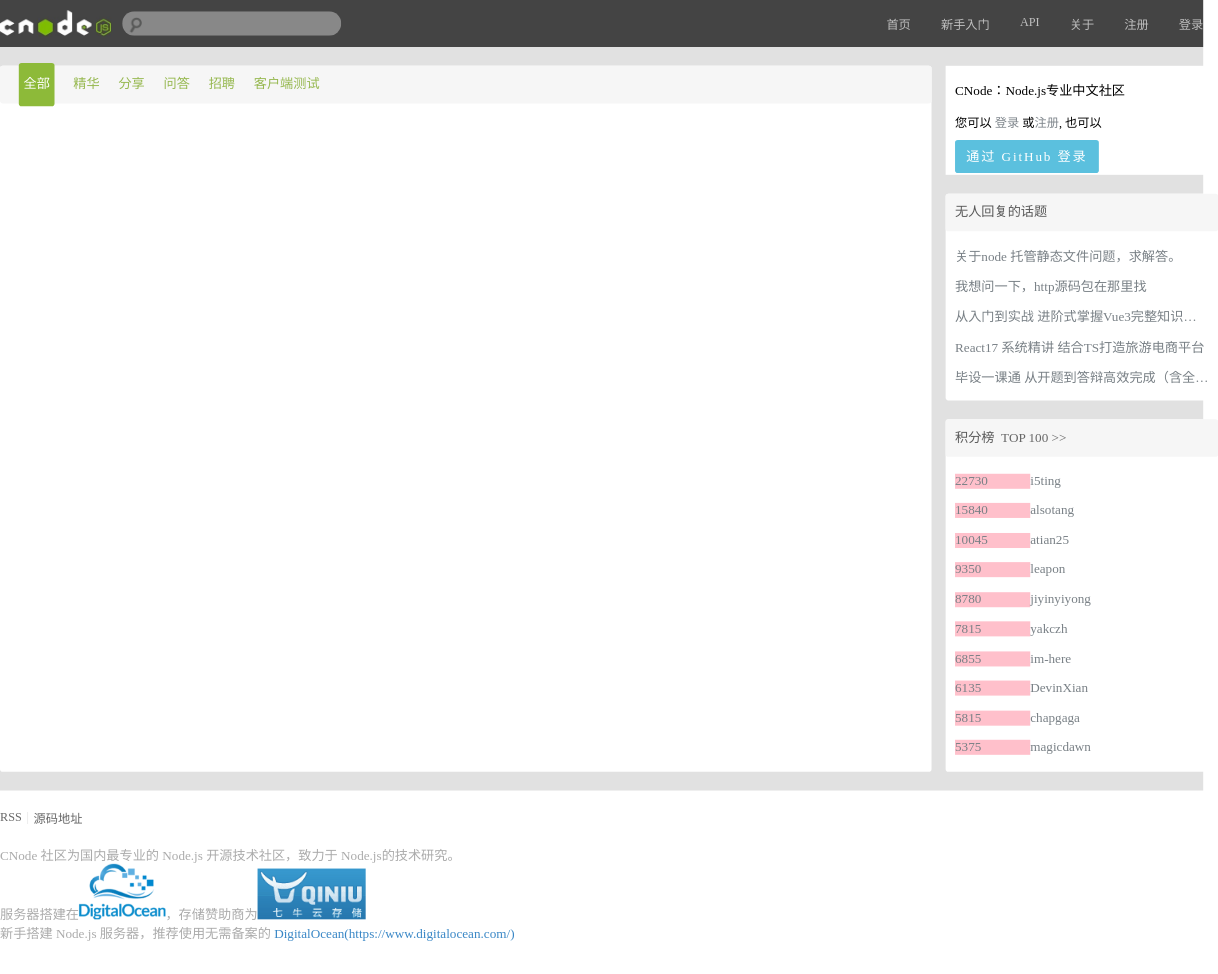
Repository: he-mengyao/pc-cnode-js
Page: /
These files come from the project's save history. The page is drawn as it stood at one moment and after the next save; the edit follows.
The browser window is 1280 px wide. The page is 1296 px wide, so the pictures cover 1296 px, including what lies to the right of the window. The pictures show the whole page, at 94% of full size.
The page's requests for data from a server got no answer. The project was rebuilt for these pictures with package versions that can differ from the ones it lists, and the page was loaded fresh each time. No one was signed in, and anything a server would have sent is missing.

Above is the page before, as saved 2021-06-20 13:18:09.

### src/App.vue
<template>
  <div id="app">
    <router-view />
  </div>
</template>
<style lang="scss">
@import "./styles/base";

body {
  font-size: 13px;
}
</style>

### src/styles/base.scss
* {
    padding: 0;
    margin: 0;
    box-sizing: border-box;
}

.flex {
    display: flex;
}

.flex_b {
    justify-content: space-between;
}

.flex_a {
    justify-content: space-around;
}

.flex_c {
    justify-content: center;
}

.flex_r {
    justify-content: flex-end;
}

.flex_1 {
    flex: 1;
}

.col {
    flex-direction: column;
}

.ai_c {
    align-items: center;
}

.ai_e {
    align-items: flex-end;
}

.ac_c {
    align-content: center;
}

.ac_b {
    align-content: space-between;
}

.ac_a {
    align-content: space-around;
}

.wrap {
    flex-wrap: wrap;
}

.tac {
    text-align: center;
}

.fw {
    font-weight: 700;
}

.pr {
    position: relative;
}

.pa {
    position: absolute;
}

.pf {
    position: fixed;
}

.f12 {
    font-size: 12px;
}

.f14 {
    font-size: 14px;
}

.lh {
    line-height: 100%;
}

.f16 {
    font-size: 16px;
}

.f18 {
    font-size: 18px;
}

.f20 {
    font-size: 20px;
}

.b0 {
    border: 0;
}

input {
    outline: none;
}

img,
input {
    border: 0;
}

.text_overflow {
    overflow: hidden;
    text-overflow: ellipsis;
    white-space: nowrap;
}

.none {
    display: none;
}

.br {
    border-radius: 100%;
}

.cw {
    color: #fff;
}

.f30 {
    font-size: 30px;
}

.cb {
    color: #000000;
}

.cursor {
    cursor: pointer;
}

.w {
    width: 1296px;
    margin: auto;
}

.line-blue:hover {
    text-decoration: underline;
    color: #21557c;
}

.blue:hover {
    color: #405f86;
}

.pd-10 {
    padding: 0 10px;
}

.bgc-hover {
    background-color: #8dba39;
    color: #fff;
    border-radius: 3px;
    padding: 3px 5px;
}

.share {
    background-color: #e5e5e5;
    color: #999999;
    border-radius: 3px;
    padding: 3px 5px;
}

.bradius-3 {
    border-radius: 3px;
}

.active {
    color: #888888;
}

.line:hover {
    text-decoration: underline;
}

.mr-20 {
    margin-top: 20px;
}

.f13 {
    font-size: 13px;
}

.title {
    font-size: 14px;
    height: 40px;
    line-height: 40px;
    background-color: #f6f6f6;
    padding: 0 10px;
    color: #585858;
    border-radius: 3px;
}

.items {
    color: #798086;
    padding: 10px;
}

### src/views/Home.vue
<template>
  <div>
    <shorcut></shorcut>
    <div class="mian">
      <div class="w flex flex_b">
        <fl :arr="arr"></fl>
        <fr></fr>
      </div>
    </div>
    <footerc></footerc>
  </div>
</template>

<script>
import shorcut from "../components/shorcut/Shortcut";
import footerc from "../components/Footerc/footerc";
import fl from "../components/Fl/fl";
import fr from "../components/Fr/fr";
import axios from "../js/axios";
import time from "../js/time";
export default {
  name: "",
  props: {},
  data() {
    return {
      arr: [],
    };
  },
  components: {
    shorcut,
    footerc,
    fl,
    fr,
  },
  methods: {
    getData() {
      axios
        .get("https://cnodejs.org/api/v1/topics")
        .then((res) => {
          this.arr = res.data.data;
          console.log(res.data.data);
        })
        .catch((err) => {
          console.log("请求失败");
        });
    },
  },
  mounted() {
    this.getData();
  },
  computed: {},
  watch: {},
};
</script>

<style lang='scss' scoped>
.mian {
  background-color: #e1e1e1;
  .w {
    padding: 20px 0;
  }
}
</style>

### src/components/shorcut/Shortcut.vue
<template>
  <div>
    <div class="shorcut">
      <div class="w flex flex_b ai_c">
        <div class="fl flex">
          <div class="flex ai_c">
            <img src="../../assets/images/logo.jpg" alt="" class="cursor" />
            <input type="text" />
          </div>
          <div></div>
        </div>
        <div class="fr flex">
          <div class="cursor">首页</div>
          <div class="cursor">新手入门</div>
          <div class="cursor">API</div>
          <div class="cursor">关于</div>
          <div class="cursor">注册</div>
          <div class="cursor">登录</div>
        </div>
      </div>
    </div>
  </div>
</template>

<script>
export default {
  name: "",
  props: {},
  data() {
    return {};
  },
  components: {},
  methods: {},
  mounted() {},
  computed: {},
  watch: {},
};
</script>

<style lang='scss' scoped>
.shorcut {
  height: 50px;
  background-color: #444444;
  .w {
    width: 1296px;
    margin: 0 auto;
    height: 50px;
    .fl {
      img {
        width: 120px;
        height: 28px;
      }
      input {
        width: 233px;
        height: 26px;
        margin-left: 10px;
        padding-left: 25px;
        border-radius: 13px;
        background-color: #888888;
        background-image: url(../../assets/images/btn.png);
        background-position: 5px 5px;
        background-repeat: no-repeat;
        &:hover {
          background-color: #fff;
        }
      }
    }
    .fr {
      color: #bfbfbf;
      div {
        margin: 0 16px;
        &:hover {
          color: #fff;
        }
      }
    }
  }
}
</style>

### src/components/Footerc/footerc.vue
<template>
  <div>
    <div class="footer w">
      <div class="links cursor blue flex">
        <div>RSS</div>
        <span>|</span>
        <div>源码地址</div>
      </div>
      <div class="serve flex col flex_c">
        <div>
          CNode 社区为国内最专业的 Node.js 开源技术社区，致力于
          Node.js的技术研究。
        </div>
        <div>
          服务器搭建在<img
            src="../../assets/images/digitalocean.png"
            alt=""
            class="di cursor"
            title="digitalocean"
          />，存储赞助商为<img
            src="../../assets/images/qiniu.png"
            alt=""
            class="qiniu cursor"
            title="七牛云存储"
          />
        </div>
        <div>
          新手搭建 Node.js 服务器，推荐使用无需备案的
          <span class="cursor line-blue a"
            >DigitalOcean(https://www.digitalocean.com/)</span
          >
        </div>
      </div>
    </div>
  </div>
</template>

<script>
export default {
  name: "",
  props: {},
  data() {
    return {};
  },
  components: {},
  methods: {},
  mounted() {},
  computed: {},
  watch: {},
};
</script>

<style lang='scss' scoped>
.footer {
  height: 195px;
  padding: 20px 0;
  .links {
    color: #666666;
    div:hover {
      color: #405f86;
    }
    span {
      margin: 0 5px;
      color: #e2e2e2;
    }
  }
  .serve {
    height: 140px;
    font-size: 14px;
    color: #ababab;
    .di {
      width: 92px;
      height: 59px;
    }
    .qiniu {
      width: 115px;
      height: 54px;
    }
    span {
      color: #3987c6;
      &:hover {
        text-decoration: underline;
        color: #21557c;
      }
    }
  }
}
</style>

### src/components/Fl/fl.vue
<template>
  <div class="fl bradius-3">
    <div class="title flex pd-10 ai_c bradius-3">
      <div class="bgc-hover">全部</div>
      <div class="cursor blue">精华</div>
      <div class="cursor blue">分享</div>
      <div class="cursor blue">问答</div>
      <div class="cursor blue">招聘</div>
      <div class="cursor blue">客户端测试</div>
    </div>
    <div class="bd">
      <div
        v-for="(item, index) in arr"
        :key="index"
        class="flex flex_b bd-items ai_c pd-10"
      >
        <div class="flex ai_c">
          <div class="author cursor">
            <img
              :src="item.author.avatar_url"
              alt=""
              :title="item.author.loginname"
            />
          </div>
          <div class="count flex ai_c flex_c">
            <div class="reply-count" title="回复数">
              {{ item.reply_count }}
            </div>
            <span>/</span>
            <div class="visit-count" title="点击数">
              {{ item.visit_count }}
            </div>
          </div>
          <div>
            <div v-if="item.top === true" class="bgc-hover">置顶</div>
            <div v-else-if="item.tab === 'share'" class="share">分享</div>
            <div v-else class="share">问答</div>
          </div>
          <div
            class="bd-title f16 cursor line"
            @click="click(item, index)"
            :class="{ active: index === num }"
            :title="item.title"
          >
            {{ item.title }}
          </div>
        </div>
        <div class="flex timecount f12">{{ countTime(item.create_at) }}</div>
      </div>
    </div>
  </div>
</template>

<script>
export default {
  name: "",
  props: {
    arr: Array,
  },
  data() {
    return {
      num: -1,
    };
  },
  components: {},
  methods: {
    click(item, index) {
      this.num = index;
    },
    countTime(a) {
      let nowTime = new Date();
      let nowTimes = nowTime.getTime();
      let lastTimes = new Date(a).getTime();
      let time = nowTimes - lastTimes;
      let seconds = time / 1000;
      let minutes = time / 1000 / 60;
      let hours = time / 1000 / 60 / 60;
      let days = time / 1000 / 60 / 60 / 24;
      let months = time / 1000 / 60 / 60 / 24 / 30;
      let years = time / 1000 / 60 / 60 / 24 / 30 / 12;
      let result = "";
      if (years >= 1) {
        result = `${Math.floor(years)}年前`;
      } else if (months >= 1) {
        result = `${Math.floor(months)}月前`;
      } else if (days >= 1) {
        result = `${Math.floor(days)}天前`;
      } else if (hours >= 1) {
        result = `${Math.floor(hours)}小时前`;
      } else if (minutes >= 1) {
        result = `${Math.floor(minutes)}分钟前`;
      } else {
        result = `刚刚`;
      }
      return result;
    },
  },
  mounted() {},
  computed: {},
  watch: {},
};
</script>

<style lang='scss' scoped>
.fl {
  width: 991px;
  background-color: #fff;
  .title {
    height: 40px;
    background-color: #f6f6f6;
    color: #96b84f;
    div {
      margin: 0 10px;
    }
  }
  .bd {
    background-color: #fff;
    .bd-items {
      height: 50px;
      .author img {
        height: 30px;
        width: 30px;
      }
      .count {
        width: 70px;
        .reply-count {
          color: #9e78c0;
          font-size: 14px;
        }
        span {
          font-size: 12px;
        }
        .visit-count {
          font-size: 12px;
          color: #b4b4b4;
        }
      }
      .bd-title {
        color: #333;
        margin-left: 5px;
      }
    }
    .timecount {
      color: #778087;
    }
  }
}
</style>

### src/components/Fr/fr.vue
<template>
  <div class="fr">
    <div class="inner pd-10">
      <div class="f14 p1 flex ai_c">CNode：Node.js专业中文社区</div>
      <div class="f13 p2">
        您可以
        <span class="line">登录</span>
        或<span class="line">注册</span>, 也可以
      </div>
      <div class="f14 login bradius-3">通过 GitHub 登录</div>
    </div>
    <div class="panel mr-20 bradius-3">
      <div class="title">无人回复的话题</div>
      <div class="flex item col flex_a pd-10 f14 items">
        <div class="text_overflow">关于node 托管静态文件问题，求解答。</div>
        <div class="text_overflow">我想问一下，http源码包在那里找</div>
        <div class="text_overflow">从入门到实战 进阶式掌握Vue3完整知识体系</div>
        <div class="text_overflow">React17 系统精讲 结合TS打造旅游电商平台</div>
        <div class="text_overflow">
          毕设一课通 从开题到答辩高效完成（含全栈项目）
        </div>
      </div>
    </div>
    <div class="panel mr-20 bradius-3">
      <div class="title">
        积分榜&nbsp;
        <span class="top">TOP 100 >></span>
      </div>
      <div class="flex col flex_a pd-10 f14 rank f12 items">
        <div><span>22730</span>i5ting</div>
        <div><span>15840</span>alsotang</div>
        <div><span>10045</span>atian25</div>
        <div><span>9350 </span>leapon</div>
        <div><span>8780 </span>jiyinyiyong</div>
        <div><span>7815 </span>yakczh</div>
        <div><span>6855 </span>im-here</div>
        <div><span>6135 </span>DevinXian</div>
        <div><span>5815 </span>chapgaga</div>
        <div><span>5375 </span>magicdawn</div>
      </div>
    </div>
  </div>
</template>

<script>
export default {
  name: "",
  props: {},
  data() {
    return {};
  },
  components: {},
  methods: {},
  mounted() {},
  computed: {},
  watch: {},
};
</script>

<style lang='scss' scoped>
.fr {
  width: 290px;
  .inner {
    height: 116px;
    background-color: #fff;
    .p1 {
      height: 50px;
    }
    span {
      color: #7e858b;
    }
    .login {
      width: 153px;
      height: 35px;
      line-height: 35px;
      text-align: center;
      background-color: #5bc0de;
      color: #fff;
      margin-top: 10px;
      letter-spacing: 2px;
    }
  }
  .panel {
    background-color: #fff;
    .item {
      height: 180px;
    }
    .top {
      color: #666666;
    }
    .rank {
      height: 335px;
      span {
        display: inline-block;
        width: 80px;
        background-color: pink;
      }
    }
  }
}
</style>

### src/js/time.js
function countTime(a) {
    let nowTime = new Date()
    let nowTimes = nowTime.getTime()
    let lastTimes = new Date(a).getTime()
    let time = nowTimes - lastTimes
    let seconds = time / 1000
    let minutes = time / 1000 / 60
    let hours = time / 1000 / 60 / 60
    let days = time / 1000 / 60 / 60 / 24
    let months = time / 1000 / 60 / 60 / 24 / 30
    let years = time / 1000 / 60 / 60 / 24 / 30 / 12
    let result = ''
    if (years >= 1) {
        result = `${Math.floor(years)}年前`
    } else if (months >= 1) {
        result = `${Math.floor(months)}月前`
    } else if (days >= 1) {
        result = `${Math.floor(days)}天前`
    } else if (hours >= 1) {
        result = `${Math.floor(hours)}小时前`
    } else if (minutes >= 1) {
        result = `${Math.floor(minutes)}分钟前`
    } else {
        result = `刚刚`
    }
    return result
}

Loaded but not shown: public/index.html (common file); src/main.js (common file); src/router/index.js (common file); src/store/index.js (common file); src/js/axios.js (1756 lines, source omitted)

After the next save:
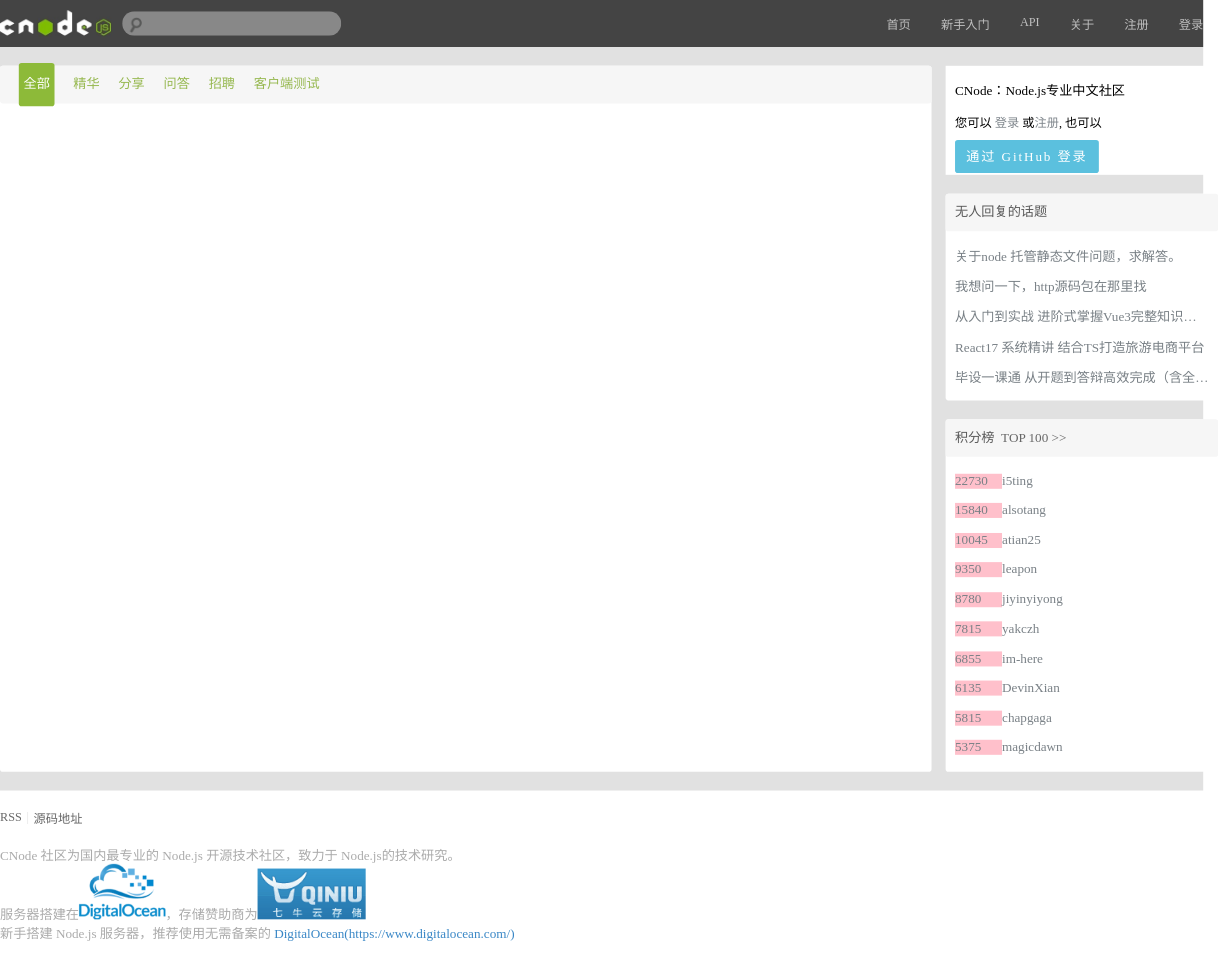
Saved 6 s later.
--- a/src/components/Fr/fr.vue
+++ b/src/components/Fr/fr.vue
@@ -92,7 +92,7 @@
       height: 335px;
       span {
         display: inline-block;
-        width: 80px;
+        width: 50px;
         background-color: pink;
       }
     }
